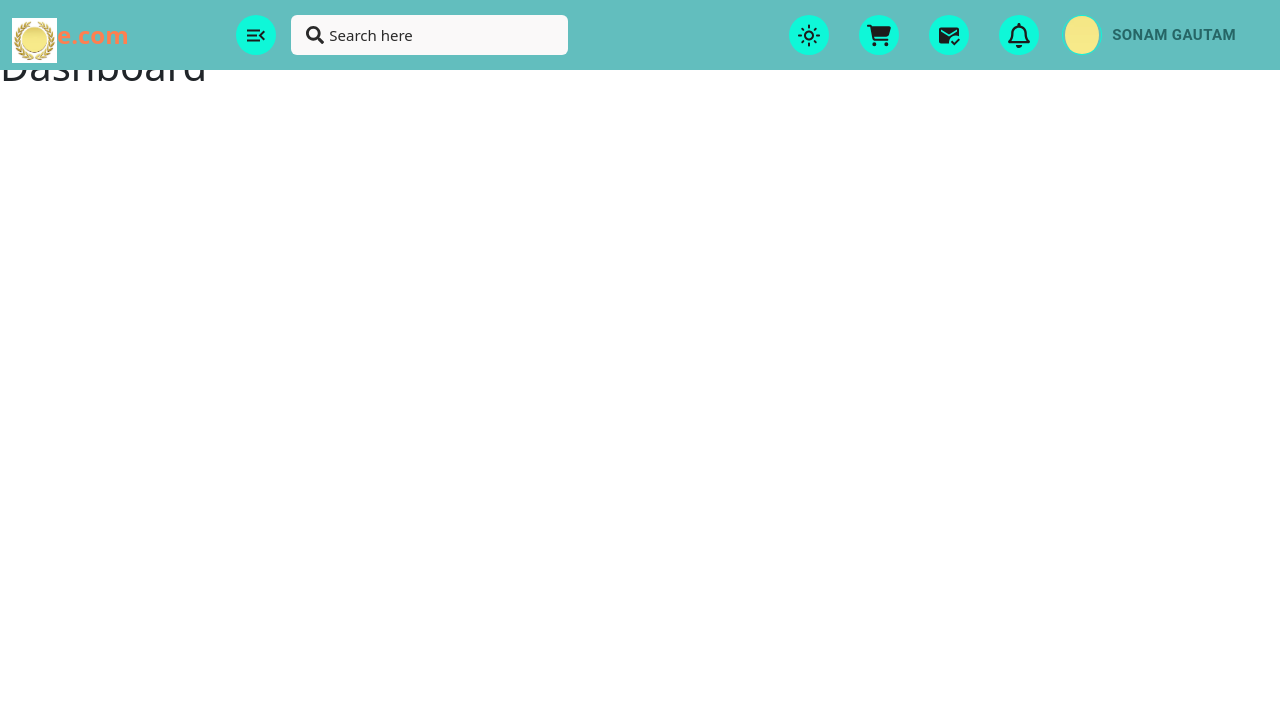
Repository: gautamsonam011/admin-react-dashboard
Page: /
An editor plug-in stored every save of this project. The page is shown before and after the next save, followed by the edit.
The browser window is 1280 px wide. The pictures show the whole page.
The project was rebuilt for these pictures with package versions that can differ from the ones it lists, and the page was loaded fresh each time.

Above is the page before, as saved 2025-04-15 14:26:11.

After the next save:
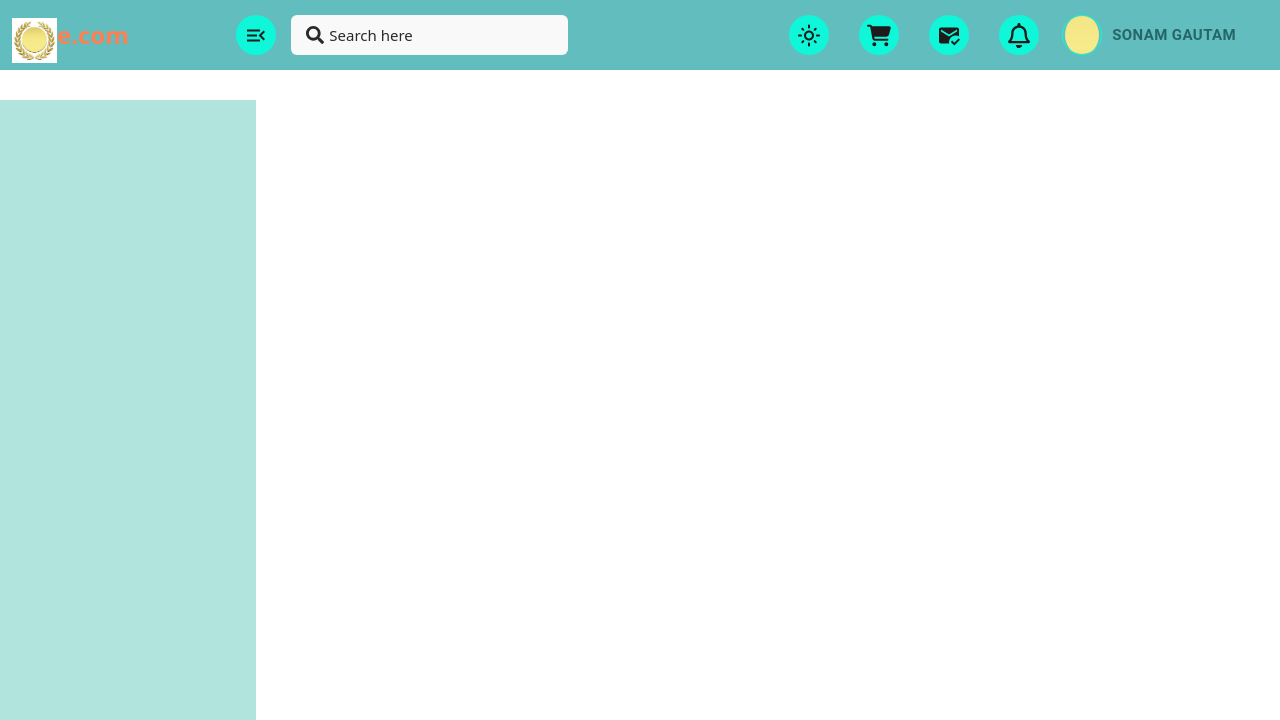
Saved 69 s later.
--- a/src/components/Sidebar/index.jsx
+++ b/src/components/Sidebar/index.jsx
@@ -1,9 +1,7 @@
 const Sidebar = () =>{
 
     return(
-        <>
-        <h3>Sidebar</h3>
-        </>
+        <div className="sidebar"></div>
     )
 }
 
